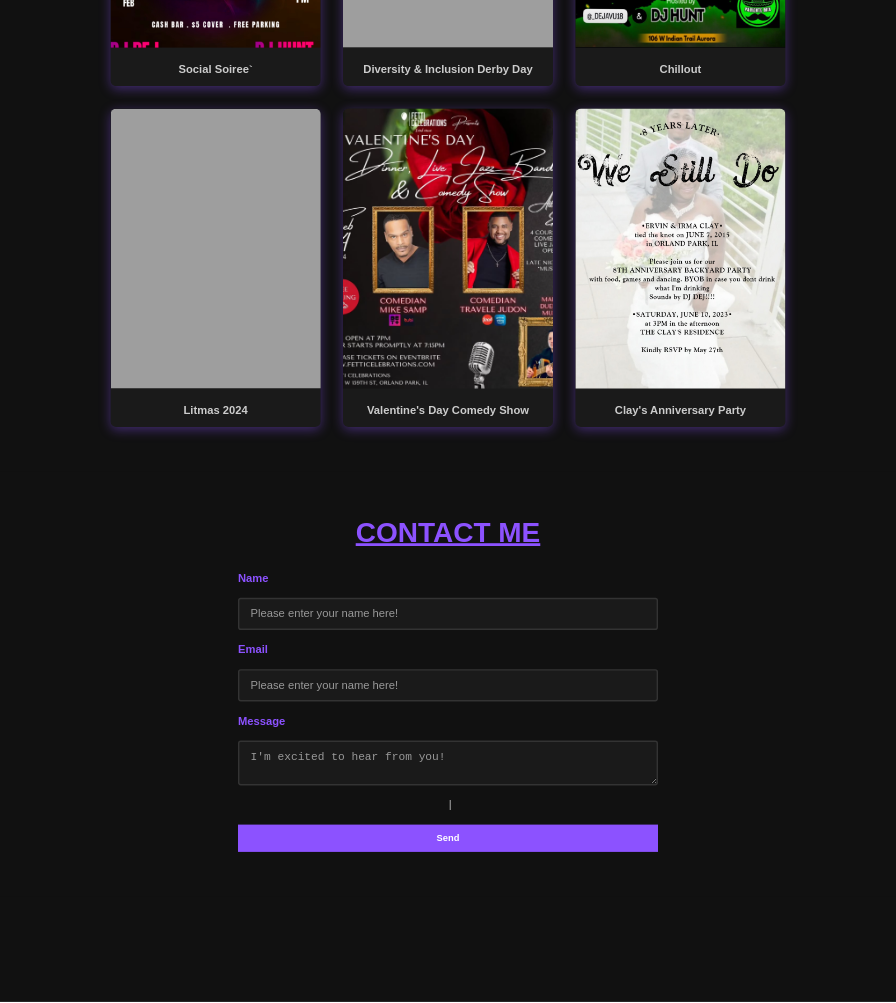
Repository: ErvinClay13/Dj-Dej-Website
Page: /
An editor plug-in stored every save of this project. The page is shown before and after a run of saves, followed by the edit.
The browser window is 1280 px wide. The pictures show the part of the page from y = 2920 to 4840 px (the page is 4353 px tall before and 4840 px after), at 70% of full size.
Pictures or frames that could not be fetched are drawn as grey boxes. The project was rebuilt for these pictures with package versions that can differ from the ones it lists, and the page was loaded fresh each time. Also part of the build but not shown: vite.config.js.

Above is the page before, as saved 2025-05-10 19:23:24.

After the next 2 saves:
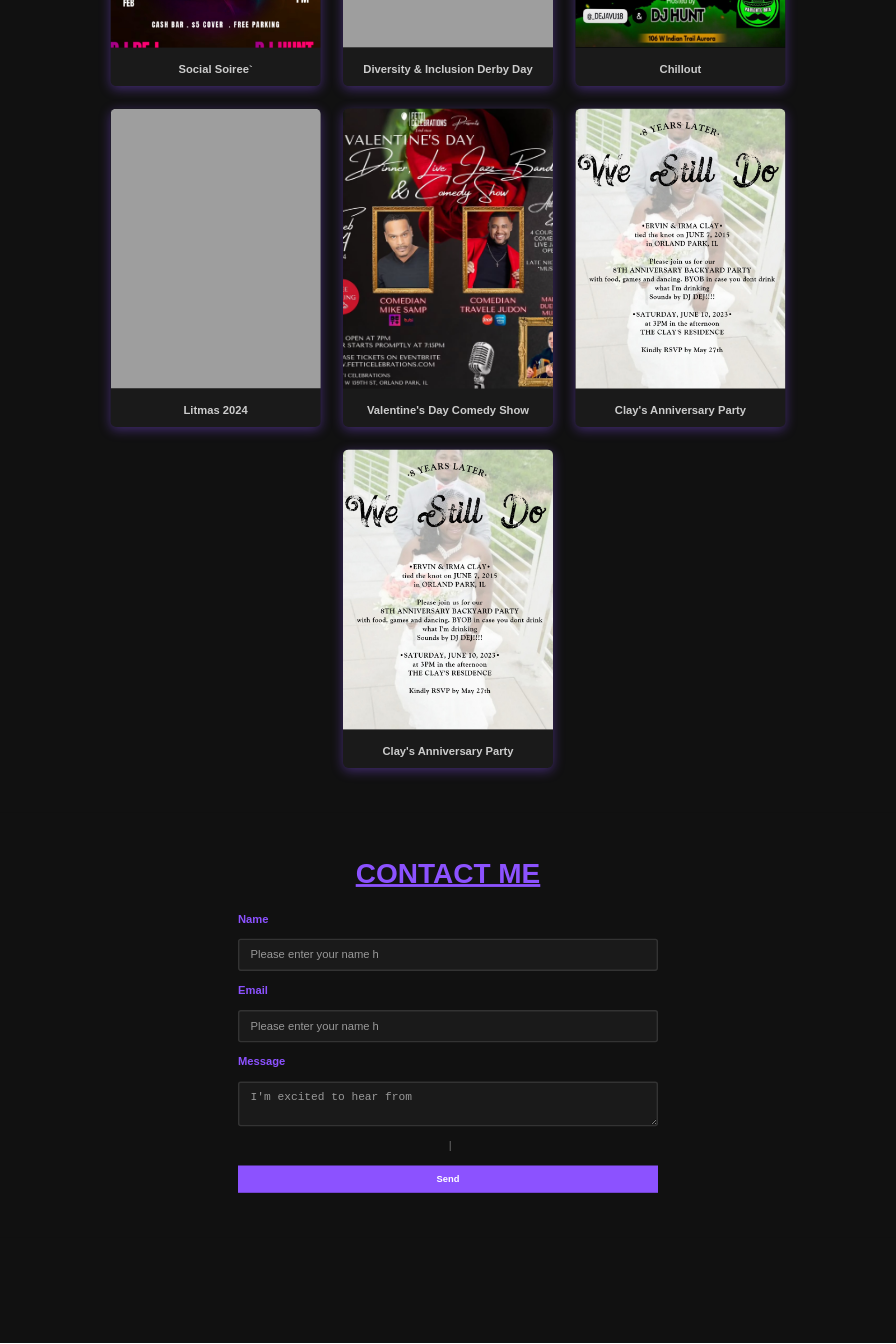
The 2 saves are shown as one change because they came seconds apart.
The last was saved 2 days later.
--- a/src/components/Events.jsx
+++ b/src/components/Events.jsx
@@ -13,6 +13,7 @@
   { title: "Chillout", img: "/flyers/flyer9.png" },
   { title: "Litmas 2024", img: "/flyers/flyer10.png" },
   { title: "Valentine's Day Comedy Show", img: "/flyers/flyer11.png" },
+  { title: "Clay's Anniversary Party", img: "/flyers/flyer12.png" },
   { title: "Clay's Anniversary Party", img: "/flyers/flyer12.png" },
 ];
 
